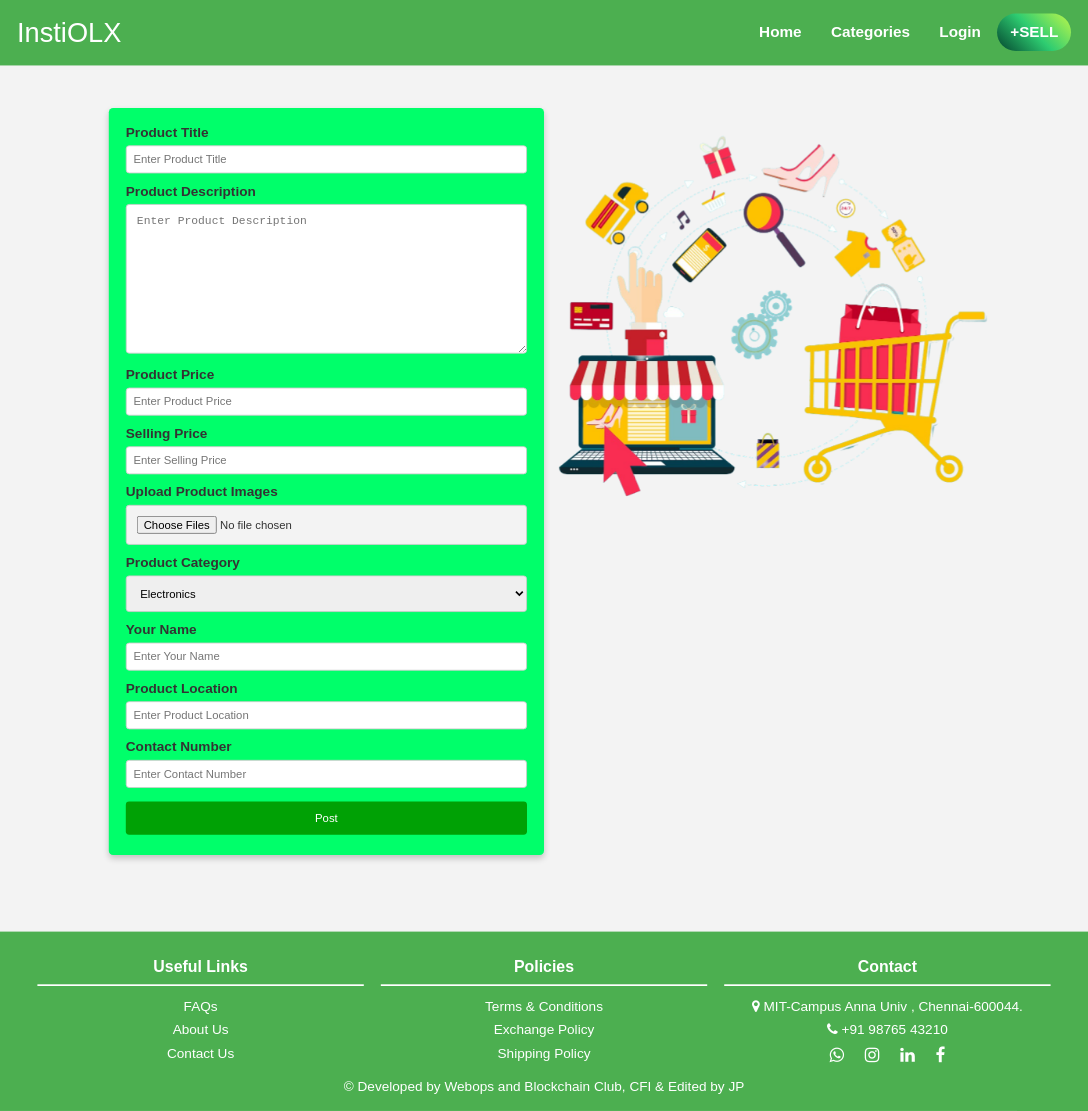
Repository: John-Prabu-A/web-dev-summer-school
Page: Session_1_Assignment/sell.html
These files come from the project's save history. The page is drawn as it stood at one moment and after the next save; the edit follows.
The browser window is 1280 px wide. The pictures show the whole page, at 85% of full size.

Above is the page before, as saved 2024-06-20 15:50:51.

### Session_1_Assignment/sell.html
<!DOCTYPE html>
<html lang="en">

<head>
    <meta charset="UTF-8">
    <meta name="viewport" content="width=device-width, initial-scale=1.0">
    <title>InstiOLX</title>
    <link rel="stylesheet" href="Styles.css">
    <link rel="stylesheet" href="https://cdnjs.cloudflare.com/ajax/libs/font-awesome/4.7.0/css/font-awesome.min.css">

    <style>
        body {
            font-family: Arial, Helvetica, sans-serif;
            background-color: #f3f3f3;
        }

        img {
            display:inline-block;
            position: fixed;
            right: 0;
            top: 15%;
            padding: 16px;
            width: 60%;
            height: auto;
            z-index: -1;
            box-sizing: border-box;
        }

        .container {
            display:inline-block;
            position: relative;
            padding: 16px;
            background-color: white;
            left: 10%;
            margin: 50px auto;
            width: 40%;
            border-radius: 10px;
            box-shadow: 0 4px 8px 0 rgba(0, 0, 0, 0.2);
        }

        input[type=text],
        select,
        textarea {
            width: 100%;
            padding: 8px;
            border: 1px solid #ccc;
            border-radius: 4px;
            box-sizing: border-box;
            margin-top: 6px;
            margin-bottom: 12px;
            resize: vertical;
        }

        button {
            background-color: #00a105;
            color: white;
            padding: 12px 20px;
            margin: 4px 0;
            border: none;
            border-radius: 4px;
            cursor: pointer;
            width: 100%;
        }

        button:hover {
            background-color: #007506;
        }

        .container {
            border-radius: 5px;
            background-color: #00ff6a;
            padding: 20px;
        }

        .container label {
            font-weight: bold;
        }

        .container select {
            width: 100%;
            padding: 12px;
            border: 1px solid #ccc;
            border-radius: 4px;
            box-sizing: border-box;
            margin-top: 6px;
            margin-bottom: 12px;
            resize: vertical;
        }

        .container textarea {
            width: 100%;
            padding: 12px;
            border: 1px solid #ccc;
            border-radius: 4px;
            box-sizing: border-box;
            margin-top: 6px;
            margin-bottom: 12px;
            resize: vertical;
        }

        .container input[type=file] {
            width: 100%;
            padding: 12px;
            border: 1px solid #ccc;
            background-color: #f3f3f3;
            border-radius: 4px;
            box-sizing: border-box;
            margin-top: 6px;
            margin-bottom: 12px;
            resize: vertical;
        }
    </style>
</head>

<body>
    <header>
        <div id="logo">InstiOLX</div>
        <div class="navbar">
          <a href="#">Home</a>
          <a href="#">Categories</a>
          <a href="#">Login</a>
          <a href="/Session_1_Assignment/sell.html" style="background:linear-gradient(45deg, #03442e, #2ECC71 , #BDF74B );text-align:center;border-radius:40px;">+SELL</a>
        </div>
    </header>

    <img src="/Session_1_Assignment/sell-page-bg.png" alt="sell-page-image">
    <form action="" class="container" method="post">
        <label for="product-title"><b>Product Title</b></label>
        <input type="text" placeholder="Enter Product Title" name="product-title" required>

        <Lable for="product-description"><b>Product Description</b></Lable>
        <textarea name="product-description" id="product-description" cols="30" rows="10"
            placeholder="Enter Product Description" required></textarea>

        <label for="product-price"><b>Product Price</b></label>
        <input type="text" placeholder="Enter Product Price" name="product-price" required>

        <label for="selling-price"><b>Selling Price</b></label>
        <input type="text" placeholder="Enter Selling Price" name="selling-price" required>

        <!-- multiple photo upload -->
        <label for="product-image"><b>Upload Product Images</b></label>
        <input type="file" name="product-image" id="product-image" multiple required>

        <label for="product-category"><b>Product Category</b></label>
        <select name="product-category" id="product-category" required>
            <option value="electronics">Electronics</option>
            <option value="furniture">Furniture</option>
            <option value="vehicles">Vehicles</option>
            <option value="clothing">Clothing</option>
            <option value="books">Books</option>
            <option value="miscellaneous">Miscellaneous</option>
            <option value="other">Other</option>
        </select>

        <label for="seller-name"><b>Your Name</b></label>
        <input type="text" placeholder="Enter Your Name" name="seller-name" required>

        <label for="product-location"><b>Product Location</b></label>
        <input type="text" placeholder="Enter Product Location" name="product-location" required>

        <label for="product-contact"><b>Contact Number</b></label>
        <input type="text" placeholder="Enter Contact Number" name="product-contact" required>

        <button type="submit">Post</button>
    </form>
    <footer class="footer">
        <div class="footer-container">
            <div class="footer-column">
                <h3>Useful Links</h3>
                <ul>
                    <li><a href="#">FAQs</a></li>
                    <li><a href="#">About Us</a></li>
                    <li><a href="#">Contact Us</a></li>
                </ul>
            </div>
            <div class="footer-column">
                <h3>Policies</h3>
                <ul>
                    <li><a href="#">Terms & Conditions</a></li>
                    <li><a href="#">Exchange Policy</a></li>
                    <li><a href="#">Shipping Policy</a></li>
                </ul>
            </div>
            <div class="footer-column">
                <h3>Contact</h3>
                <p><i class="fa fa-map-marker"></i> MIT-Campus Anna Univ , Chennai-600044.</p>
                <p><i class="fa fa-phone"></i> +91 98765 43210</p>
                <div class="social-icons">
                    <a href="#" class="fa fa-whatsapp"></a>
                    <a href="#" class="fa fa-instagram"></a>
                    <a href="#" class="fa fa-linkedin"></a>
                    <a href="#" class="fa fa-facebook"></a>
                </div>
            </div>
            © Developed by Webops and Blockchain Club, CFI & Edited by JP
        </div>
    </footer>
</body>

</html>

### Session_1_Assignment/Styles.css
* {
    box-sizing: border-box;
    margin: 0;
    padding: 0;
}

body {
    font-family: 'Gill Sans', 'Gill Sans MT', Calibri, 'Trebuchet MS', sans-serif;
    background-color: white;
    color: #333;
}

header{
    background-color: #4CAF50;
    color: white;
    padding: 20px;
    display: flex;
    justify-content: space-between;
    align-items: center;
    position: sticky;
    width: 100%;
    z-index: 100;
  }
  header #logo {
    font-size: 2em;
  }

  header .navbar a{
    color: white;
    font-weight: bold;
    font-size: 18px;
    padding: 12px 15px;
    text-decoration: none;
  }
  header .navbar a:hover{
    background-color: #45a049;
  }
.banner {
    position: relative;
    padding: 60px 0 0 0;
}

.banner img {
    width: 100%;
}

.search-bar {
    margin: 20px;
    display: flex;
    justify-content: center;
}

.search-bar input[type="text"] {
    width: 300px;
    padding: 10px;
    border: 2px solid #4CAF50;
    border-radius: 5px 0 0 5px;
    border-right: 0;
    outline: none;             /*On starting to type it creates balck border by default,so to avoid it v use this*/
}

.search-bar button {
    padding: 10px 20px;
    border: 2px solid #4CAF50;
    border-left: 0;
    background-color: #4CAF50;
    color: white;
    cursor: pointer;
    border-radius: 0 5px 5px 0;
}

.search-bar button:hover {
    background-color: #45a049;
}

.slideshow-container {
    display: flex;
    justify-content: center;
    gap: 50px;
    flex-wrap: wrap;
}

.slideshow {
    position: relative;
    width: 350px;
    height: 350px;
    overflow: hidden;
    border-radius: 20px;
    border: 2px solid #ddd;
    box-shadow: 0 0 10px rgba(0, 0, 0, 0.1);
}

.slideshow-image {
    position: absolute;
    width: 100%;
    height: 100%;
    background-size: cover;
    opacity: 0;
    animation-iteration-count: infinite;
}

.image1 { background-image: url('https://encrypted-tbn0.gstatic.com/images?q=tbn:ANd9GcQVwGVsuaL7RGKo6A_Sqq83s5_6XYFMhHsjug&s');
          animation-name: fade1;
          animation-duration: 4s; }
.image2 { background-image: url('https://5.imimg.com/data5/WS/NI/FV/SELLER-11710265/mad-maxx-bicycles-avengers-single-kids-cycle-500x500.jpg');
          animation-name: fade2;
          animation-duration: 4s; }
.image3 { background-image: url('https://5.imimg.com/data5/SELLER/Default/2022/7/YX/MH/UK/153492086/pulsar-150cc-twin-disk-500x500.png');
          animation-name: fade3;
          animation-duration: 4s; }
.image4 { background-image: url('https://cpimg.tistatic.com/07673503/b/4/Toyota-Innova-Crysta.jpg');
          animation-name: fade1;
          animation-duration: 4s; }
.image5 { background-image: url('https://tiimg.tistatic.com/fp/1/007/862/most-advanced-modern-premium-lg-7-kg-front-fully-automatic-washing-machine-255.jpg');
          animation-name: fade2;
          animation-duration: 4s; }
.image6 { background-image: url('https://5.imimg.com/data5/SELLER/Default/2022/3/MI/KE/UL/19250422/whirlpool-1-0-ton-3-star-inverter-split-ac-500x500.jpg');
          animation-name: fade3;
          animation-duration: 4s; }
.image7 { background-image: url('https://5.imimg.com/data5/SELLER/Default/2021/8/HZ/XR/AC/8962391/household-vacuum-cleaner-500x500.jpg');
          animation-name: fade1;
          animation-duration: 4s; }
.image8 { background-image: url('https://static.nbastore.in/resized/500X500/50/nba-authentic-series-indoor-outdoor-basketball-size-7-brown-65146fd7e6af2.jpg');
          animation-name: fade2;
          animation-duration: 4s; }
.image9 { background-image: url('https://m.media-amazon.com/images/I/61KOc8c4xQL._SL1200_.jpg');
          animation-name: fade3;
          animation-duration: 4s; }

@keyframes fade1 {
    0%, 33.33% { opacity: 1; }
    33.34%, 100% { opacity: 0; }
}
@keyframes fade2 {
    0%, 33.33% { opacity: 0; }
    33.34%, 66.66% { opacity: 1; }
    66.67%, 100% { opacity: 0; }
}
@keyframes fade3 {
    0%, 66.66% { opacity: 0; }
    66.67%, 100% { opacity: 1; }
}

.container {
    position: relative;
    max-width: 100%;
  }

    .image {
        opacity: 1;
        display: block;
        width: 100%;
        height: auto;
    }

  .middle {
    opacity: 0;
    position: absolute;
    top: 50%;
    left: 50%;
    transform: translate(-50%, -50%);
    text-align: center;
  }
  .text {
    color: #4CAF50;
    font-size: 16px;
    padding: 16px 32px;
    font-weight: bold;
  }
  .container:hover .image {
    opacity: 0.3;
  }

  .container:hover .middle {
    opacity: 1;
  }


.product-listings {
    display: flex;
    flex-wrap: wrap;
    justify-content: center;
    margin: 20px;
    border: 5px solid #4CAF50;
    border-radius: 15px;
    padding: 25px;
}

.product {
    background-color: white;
    border: 2px solid #e0e0e0;
    border-radius: 10px;
    margin: 30px;
    padding: 15px;
    width: 220px;
    text-align: center;
    transition: transform 0.5s, box-shadow 0.3s;
}

.product:hover {
    box-shadow: 0 4px 8px rgba(0, 0, 0, 0.2);
    transform: scale(1.05);
}

.product img {
    max-width: 100%;
    border-bottom: 1px solid #e0e0e0;
    margin-bottom: 10px;
}

.product-info h2 {
    font-size: 1.2em;
    margin-bottom: 10px;
    color: #4CAF50;
}

.product-info p {
    font-size: 1em;
    color: #777;
}

.footer {
    background-color: #4CAF50;
    color: white;
    text-align: center;
    padding: 20px 0;
    margin-top: 40px;
}

.footer-container {
    display: flex;
    flex-wrap: wrap;
    justify-content: center;
}

.footer-column {
    width: 30%;
    margin: 10px;
}

.footer-column h3 {
    border-bottom: 2px solid #fff;
    padding-bottom: 10px;
    margin-bottom: 15px;
}

.footer-column ul {
    list-style-type: none;
}

.footer-column ul li {
    margin: 10px ;
}

.footer-column ul li a {
    color: white;
    text-decoration: none;
}

.footer-column p {
    margin-top: 10px;
}

.footer-column .social-icons {
    margin-top: 10px;
}

.footer-column .social-icons a {
    color: white;
    text-decoration: none;
    margin: 0 10px;
    font-size: 20px;
}

@media screen and (max-width: 768px) {
    .product-listings {
        margin: 10px;
    }

    .product {
        margin: 10px;
    }

    img {
        width: 100%;
        display:block;
        position: relative;
    }

    .contaioner {
        width: 80dvh;
        display:block;
        position: relative;
    }


    .footer-column {
        width: 100%;
    }
}

After the next save:
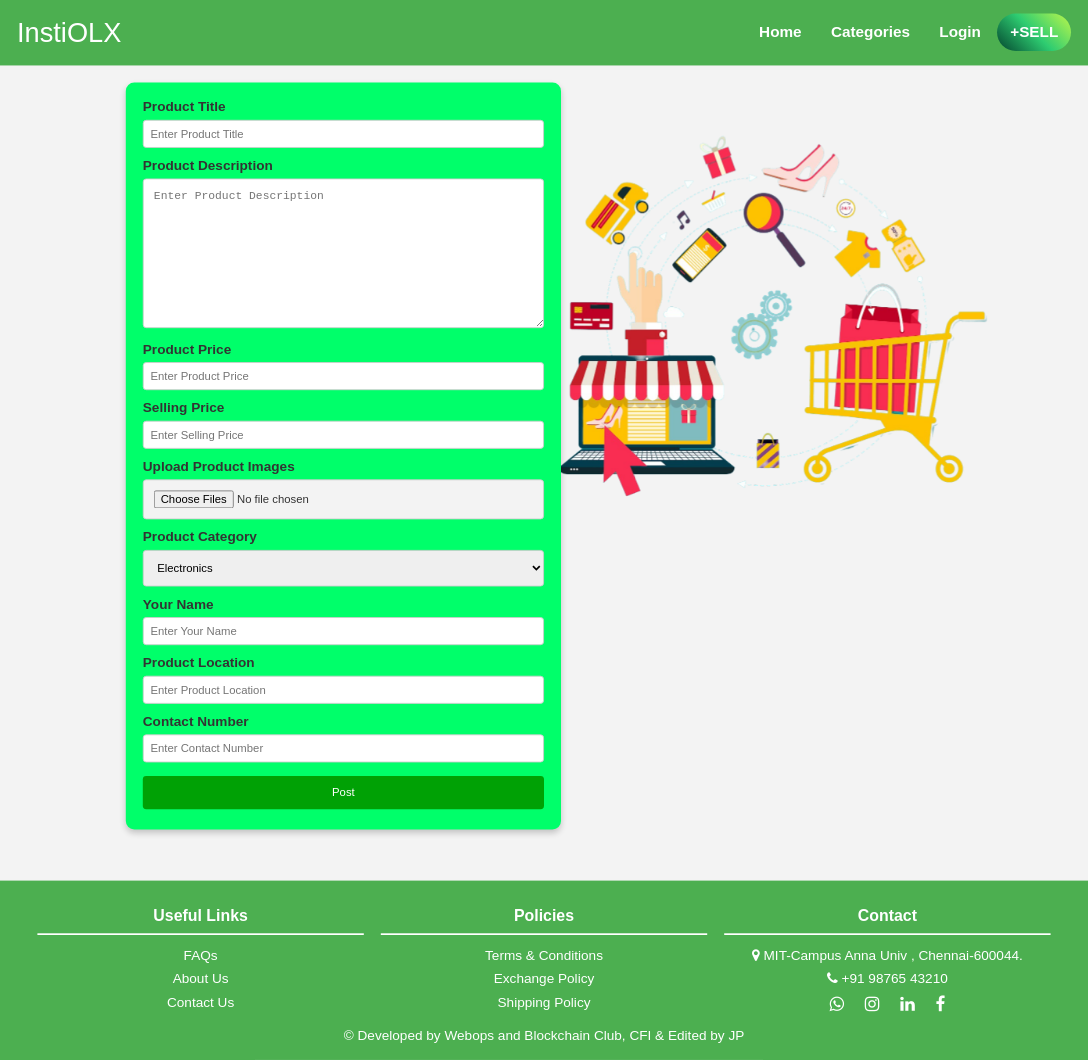
Saved 2 min 26 s later.
--- a/Session_1_Assignment/sell.html
+++ b/Session_1_Assignment/sell.html
@@ -30,9 +30,10 @@
             display:inline-block;
             position: relative;
             padding: 16px;
-            background-color: white;
             left: 10%;
-            margin: 50px auto;
+            margin: 20px;
+            background-color: #00ff6a;
+            padding: 20px;
             width: 40%;
             border-radius: 10px;
             box-shadow: 0 4px 8px 0 rgba(0, 0, 0, 0.2);
@@ -64,12 +65,6 @@
 
         button:hover {
             background-color: #007506;
-        }
-
-        .container {
-            border-radius: 5px;
-            background-color: #00ff6a;
-            padding: 20px;
         }
 
         .container label {
